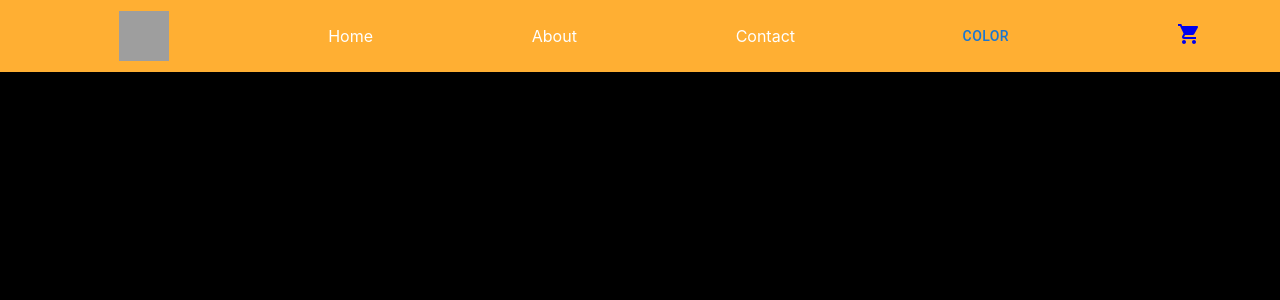
Repository: Toydrum/React-Hector-Coronado-EntregaFinal
Page: /
These files come from the project's save history. The page is drawn as it stood at one moment and after the next save; the edit follows.
The browser window is 1280 px wide. The pictures show the whole page.
Pictures or frames that could not be fetched are drawn as grey boxes. The page's requests for data from a server got no answer. The project was rebuilt for these pictures with package versions that can differ from the ones it lists, and the page was loaded fresh each time. No one was signed in, and anything a server would have sent is missing. Also part of the build but not shown: vite.config.js, src/components/CardUser/CardUser.jsx, src/pages/ContactPage/ContactPage.jsx, src/pages/AboutPage/AboutPage.jsx, src/pages/DetailPage/DetailPage.jsx, src/pages/ShopPage/ShopPage.jsx.

Above is the page before, as saved 2023-07-16 17:32:43.

After the next save:
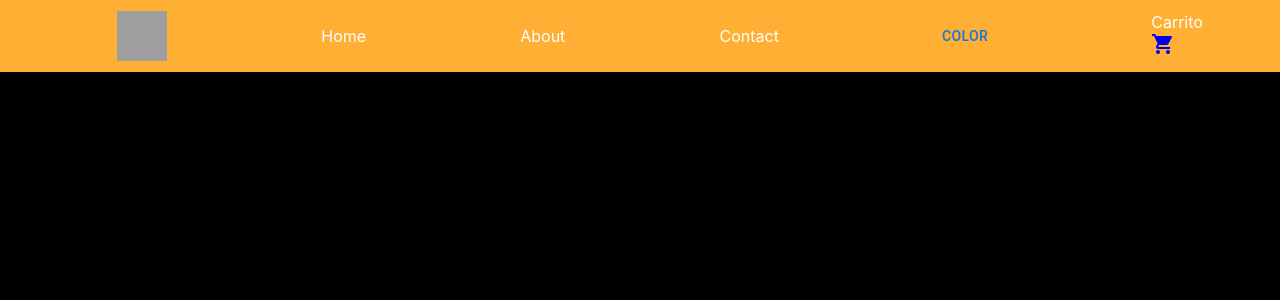
Saved 70 s later.
--- a/src/components/Navbar/Navbar.jsx
+++ b/src/components/Navbar/Navbar.jsx
@@ -30,8 +30,9 @@
         </li>
         <li className="li">
           <Link to="/shop" className="li">
-            <CartWidget />
+            Carrito
           </Link>
+          <CartWidget />
         </li>
       </ul>
     </nav>

After the 2 saves that followed:
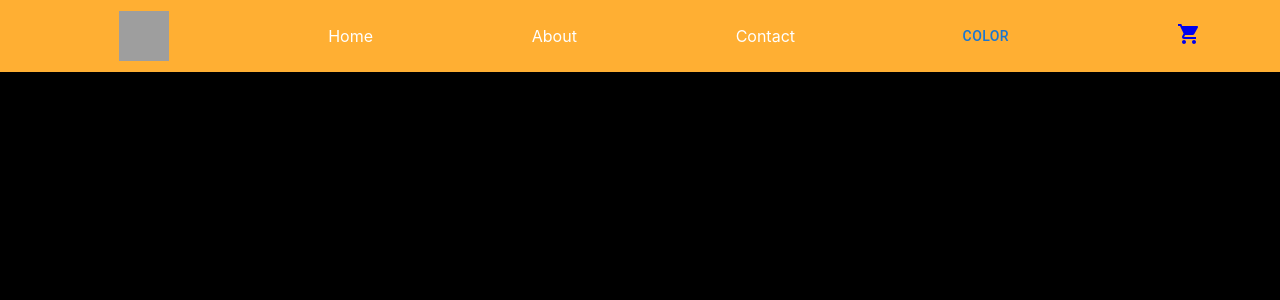
The 2 saves are shown as one change because 1 left the picture as it was.
The last was saved 59 s later.
--- a/src/components/Navbar/Navbar.jsx
+++ b/src/components/Navbar/Navbar.jsx
@@ -30,9 +30,8 @@
         </li>
         <li className="li">
           <Link to="/shop" className="li">
-            Carrito
+            <CartWidget className="li" />
           </Link>
-          <CartWidget />
         </li>
       </ul>
     </nav>
